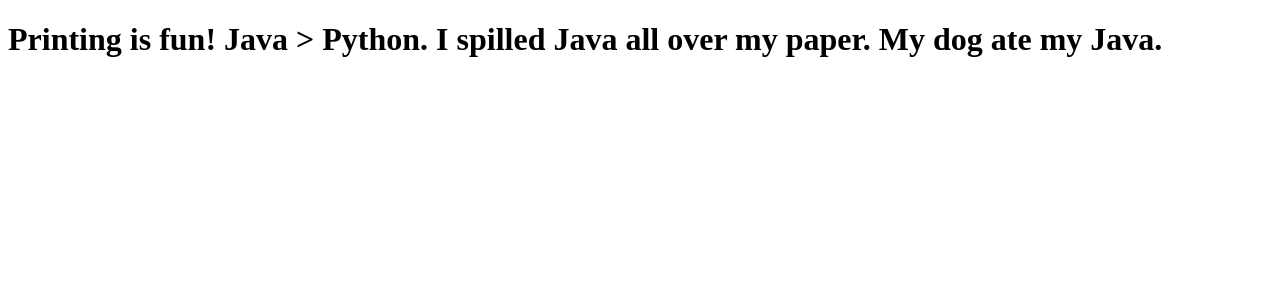
Repository: Kundansaireddy/FirstSpringBootApplication
Page: src/main/resources/static/index.html
These files come from the project's save history. The page is drawn as it stood at one moment and after the next save; the edit follows.
The browser window is 1280 px wide. The pictures show the whole page.

Above is the page before, as saved 2023-11-04 11:56:57.

After the next save:
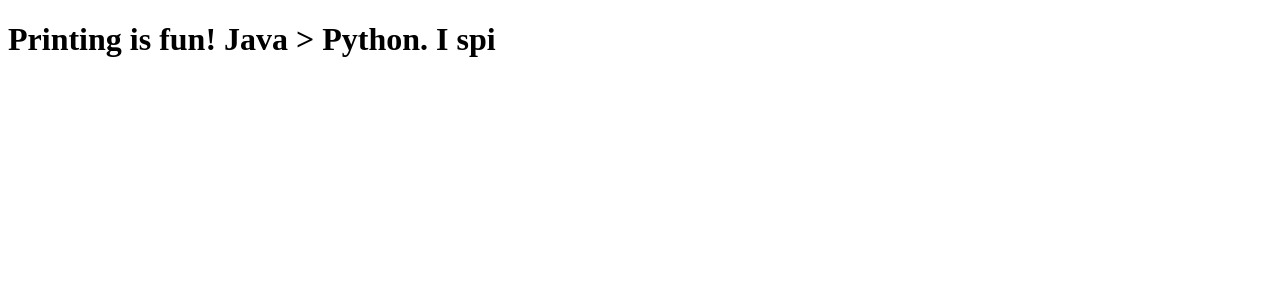
Saved 22 s later.
--- a/src/main/resources/static/index.html
+++ b/src/main/resources/static/index.html
@@ -2,11 +2,6 @@
 <html lang="en">
   <head> </head>
   <body>
-    <h1>
-      Printing is fun!
-      Java > Python.
-      I spilled Java all over my paper. My dog
-      ate my Java.
-    </h1>
+    <h1>Printing is fun! Java > Python. I spi</h1>
   </body>
 </html>
